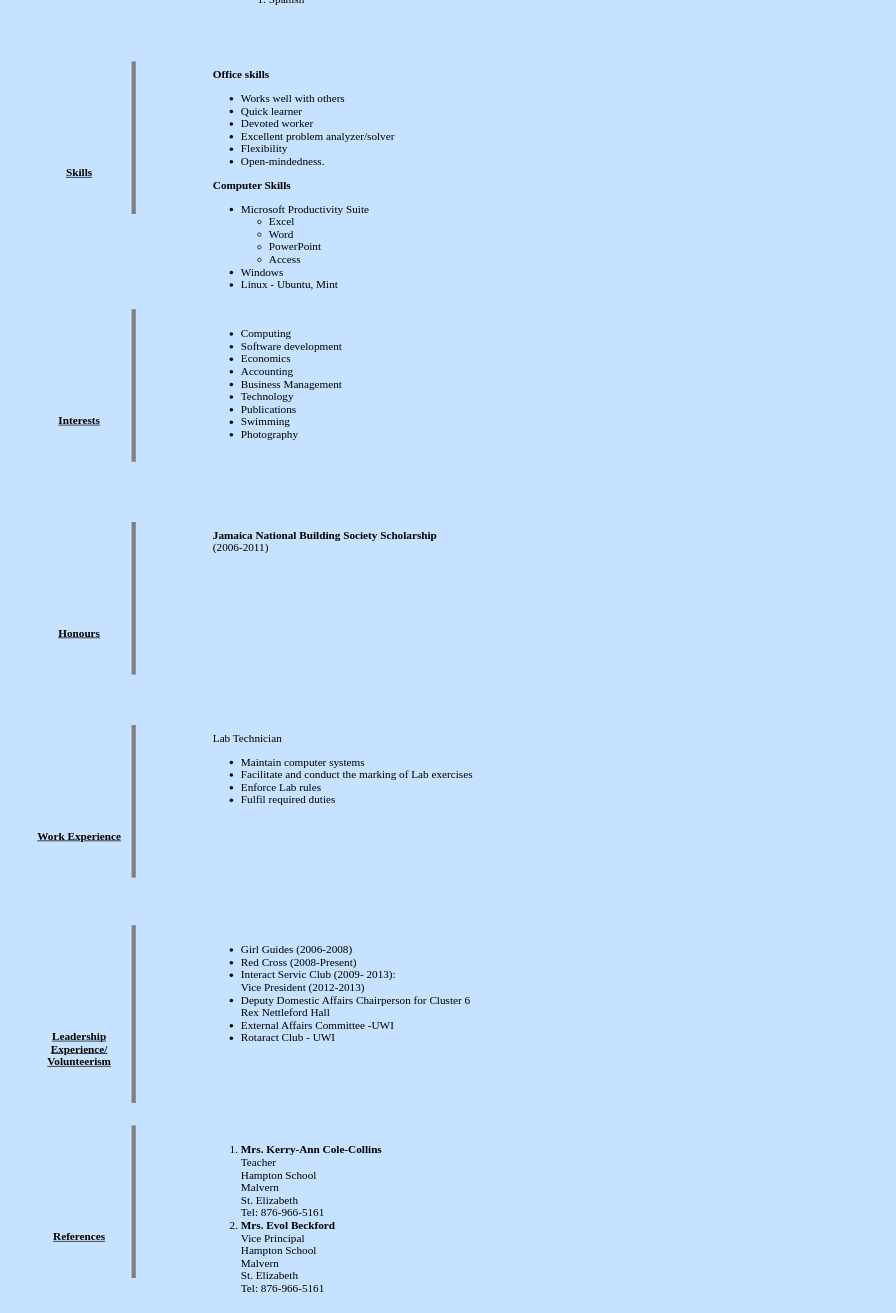
Repository: kernicole/kernicole.github.io
Page: resume2.html
The author's editor kept a record of every edit. The page is drawn from the files as they stood at one moment, then again after the next edit.
The browser window is 1280 px wide. The pictures show the part of the page from y = 974 to 2894 px (the page is 2850 px tall before and 2894 px after), at 70% of full size.

Above is the page before.

After the next edit:
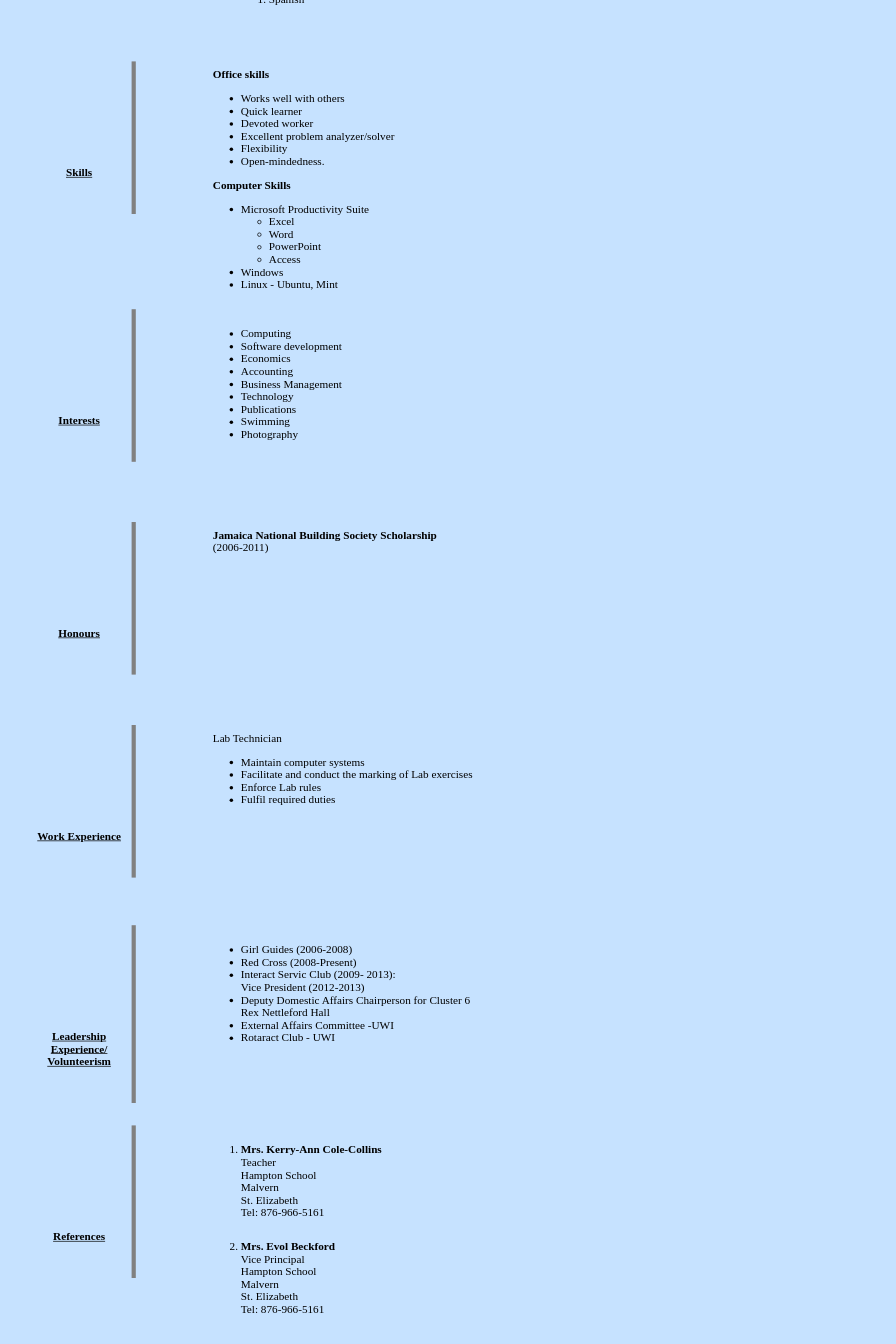
The edit:
--- a/resume2.html
+++ b/resume2.html
@@ -176,7 +176,7 @@
                                             <br/></div>
 
 <div class="left"> <span class="head"> References </span></div>
-<div class="right"> <ol> <li> <span class="ref">Mrs. Kerry-Ann Cole-Collins  </span>
+<div class="right"> <ol id ="ref"> <li> <span class="ref">Mrs. Kerry-Ann Cole-Collins  </span>
                       <br/> Teacher
                       <br/> Hampton School
                       <br/> Malvern
